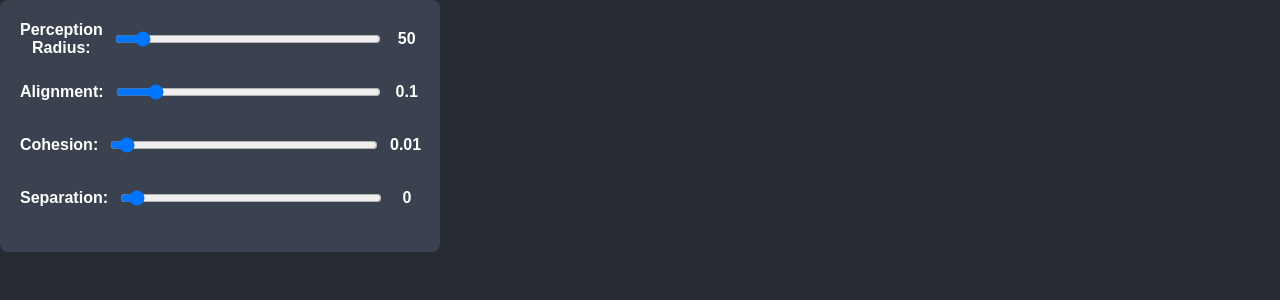
Repository: eltonsampaio12/boids
Page: index.html
An editor plug-in stored every save of this project. The page is shown before and after the next save, followed by the edit.
The browser window is 1280 px wide. The pictures show the whole page.

Above is the page before, as saved 2024-02-01 00:10:49.
Not found: main.ts

After the next save:
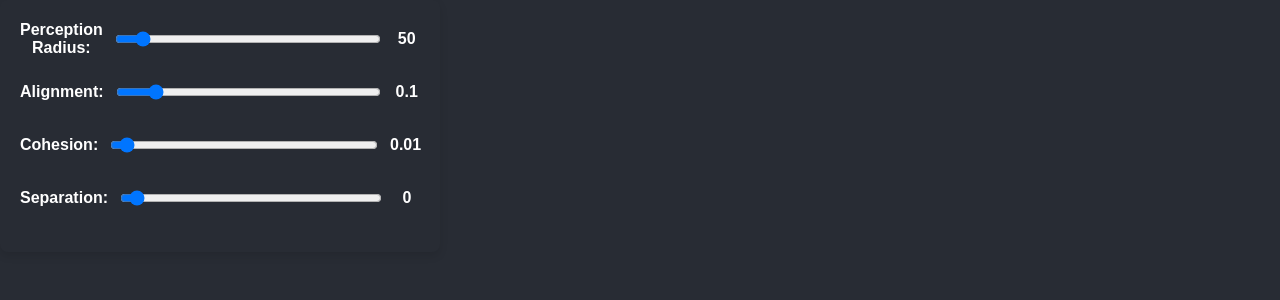
Saved 25 s later.
--- a/index.html
+++ b/index.html
@@ -14,7 +14,6 @@
       .container {
         width: 400px;
         padding: 20px;
-        background-color: #39424e;
         border-radius: 8px;
         box-shadow: 0 4px 8px rgba(0, 0, 0, 0.1);
         text-align: center;
